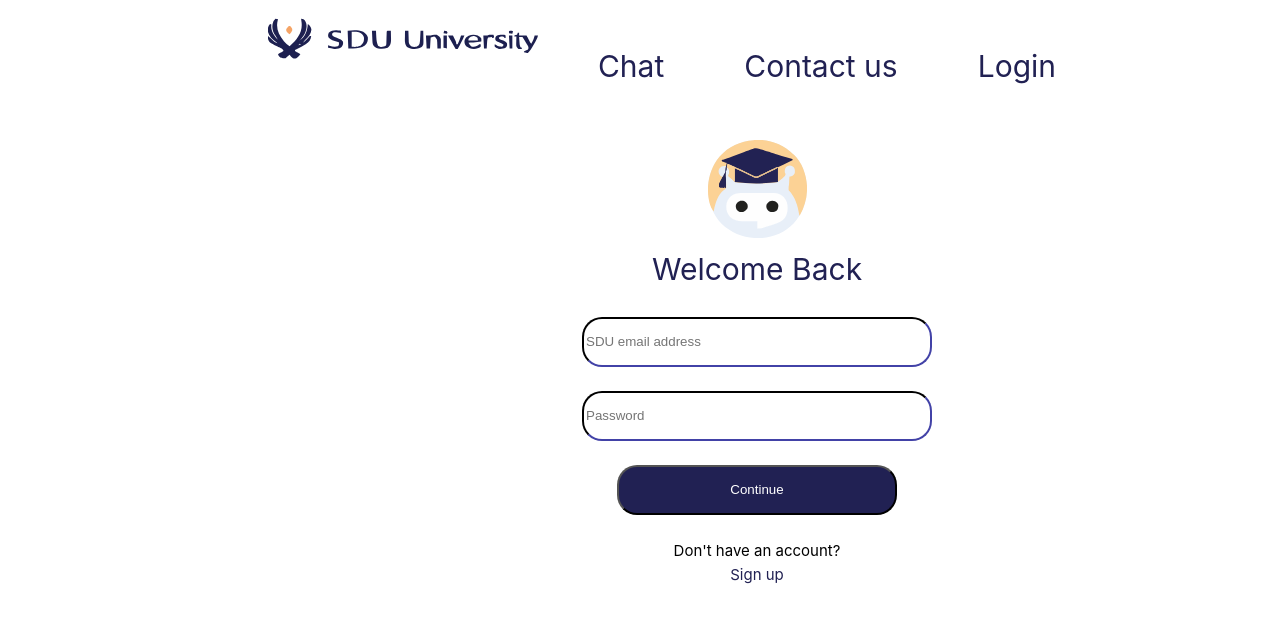
Repository: tolepbekova/Community_v.l
Page: /
The author's editor kept a copy of each file at every save. The page is drawn from the files as they stood at one save, then again after the next save.
The browser window is 1280 px wide. The pictures show the whole page.
The project was rebuilt for these pictures with package versions that can differ from the ones it lists, and the page was loaded fresh each time. Also part of the build but not shown: vite.config.js, src/components/HelloWorld.vue. Imported but missing from the stored project, and not drawn on this page: src/views/Change.vue.

Above is the page before, as saved 2024-05-10 08:50:45.

After the next save:
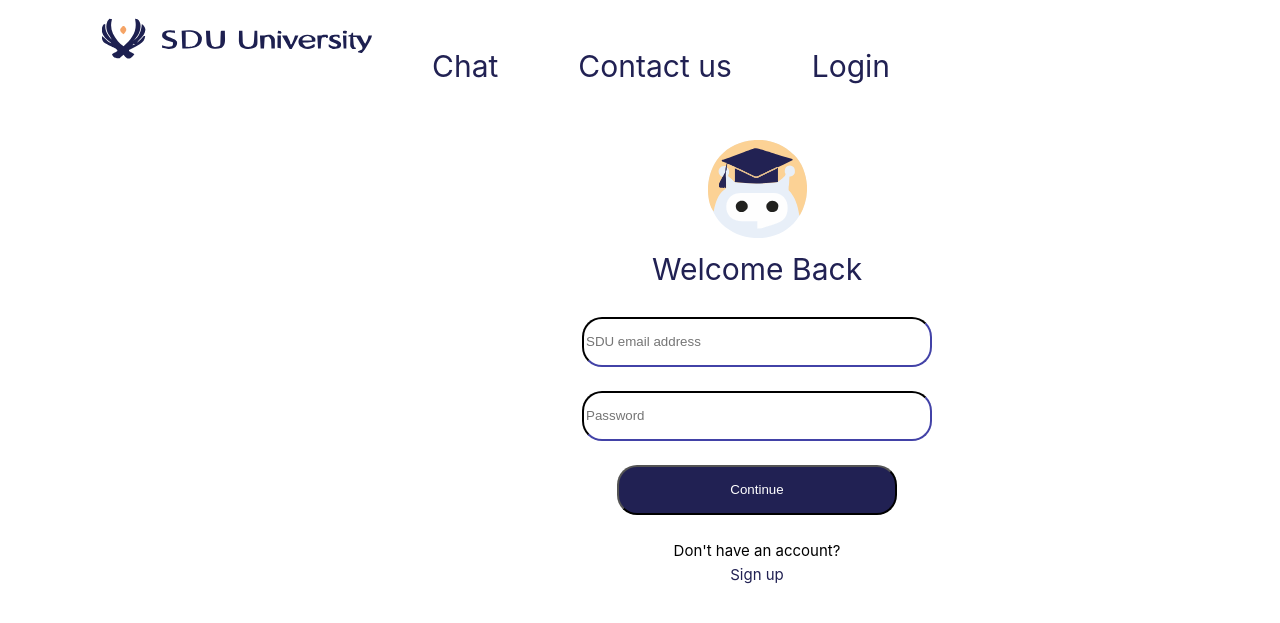
Saved 12 s later.
--- a/src/views/Login.vue
+++ b/src/views/Login.vue
@@ -80,7 +80,6 @@ h1 {
 #header {
     display: flex;
     width: 100%;
-    flex-direction: column;
     align-items: center;
     justify-content: space-between;
     position: fixed;
@@ -93,6 +92,7 @@ h1 {
 .logo {
     width: 270px;
     height: 77px;
+    margin-left: 50px ;
 }
 
 #navbar {
